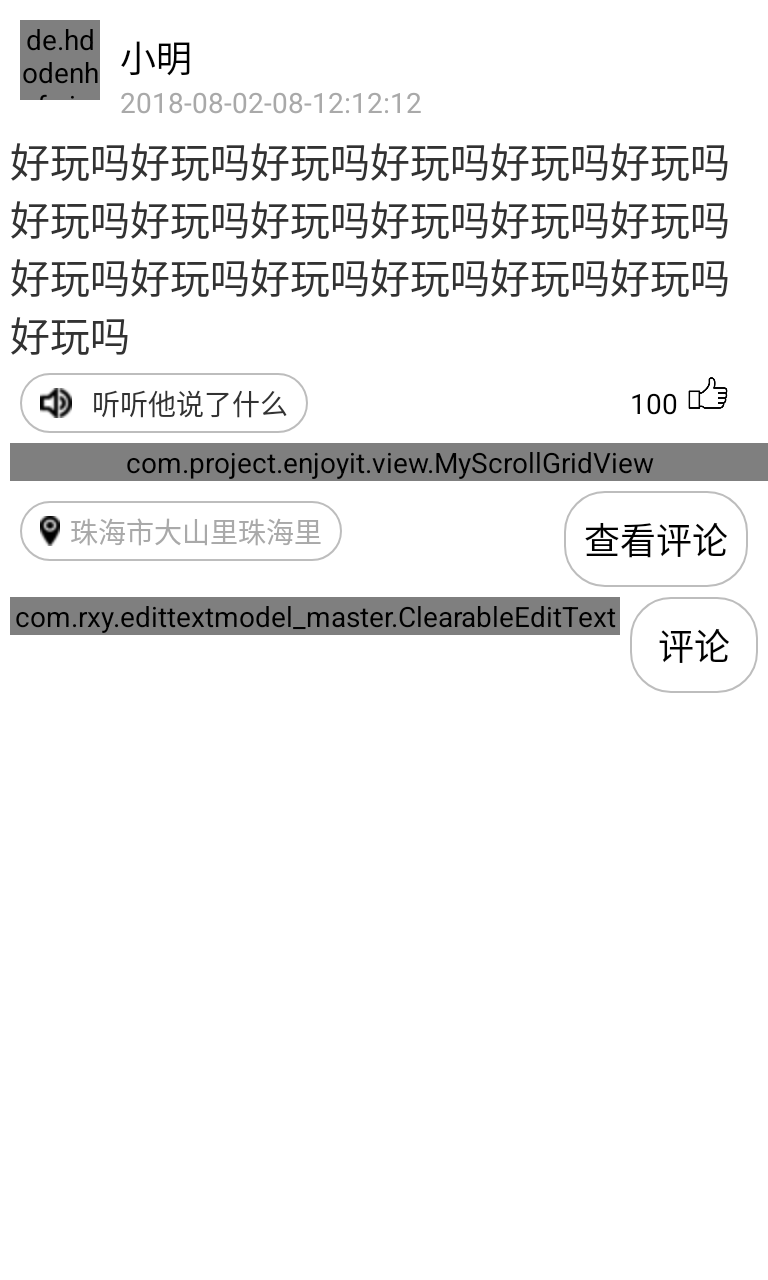
Repository: fatio/Nower
Layout: Android_Client_Source/EnjoyIt/res/layout/shows_list_item.xml
These files come from the project's save history. The layout is drawn as it stood at one moment and after the next save; the edit follows.
Pictures or frames that could not be fetched are drawn as grey boxes. It is drawn on a 768 x 1280 px phone screen (xhdpi) without system bars, with theme AppTheme; the app's code is not run.

Above is the layout before, as saved 2015-12-27 09:04:33.

After the next save:
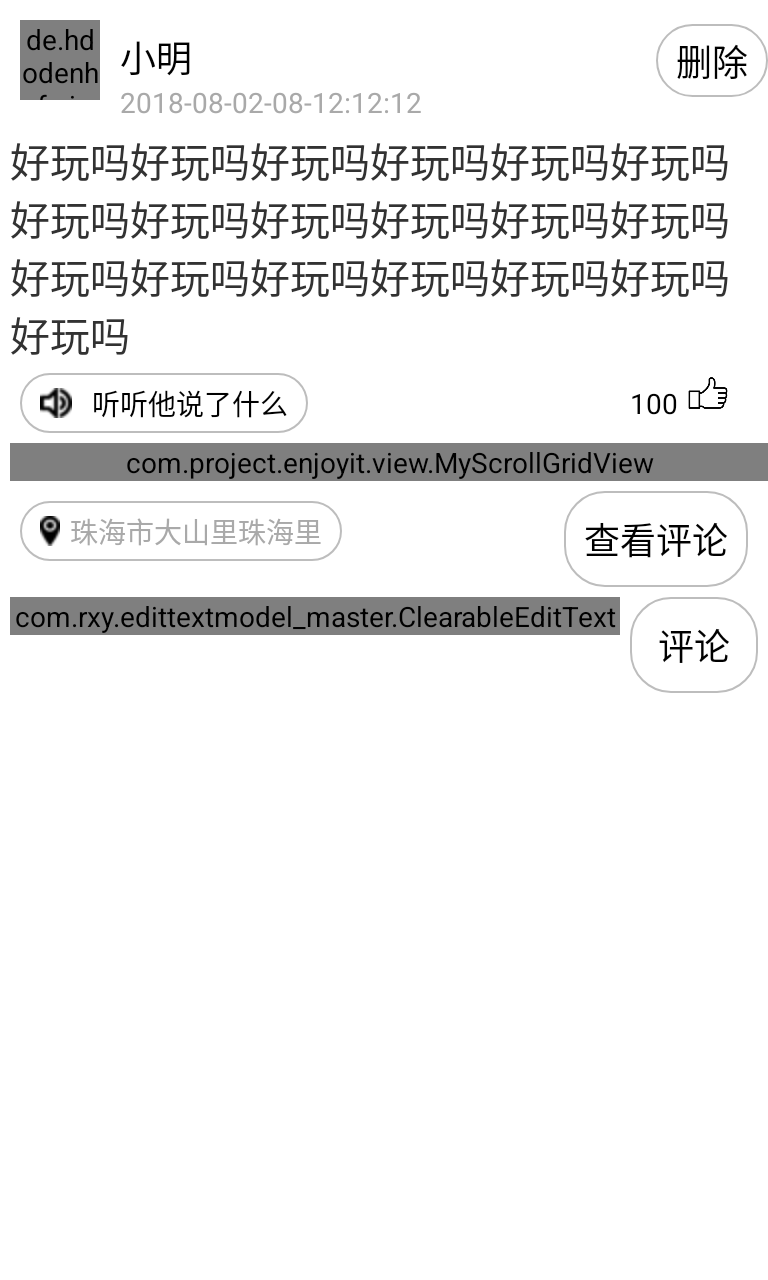
Saved 13 min 46 s later.
--- a/Android_Client_Source/EnjoyIt/res/layout/shows_list_item.xml
+++ b/Android_Client_Source/EnjoyIt/res/layout/shows_list_item.xml
@@ -26,6 +26,7 @@
             android:layout_height="wrap_content"
             android:layout_marginLeft="10dp"
             android:layout_marginTop="15dp"
+            android:layout_weight="1"
             android:orientation="vertical" >
 
             <TextView
@@ -43,6 +44,20 @@
                 android:text="2018-08-02-08-12:12:12"
                 android:textColor="#a9a9a9" />
         </LinearLayout>
+
+        <TextView
+            android:id="@+id/tv_delete"
+            android:layout_width="wrap_content"
+            android:layout_height="wrap_content"
+            android:layout_gravity="center_vertical"
+            android:background="@drawable/imageview_btn_item_selector"
+            android:paddingBottom="5dp"
+            android:paddingLeft="10dp"
+            android:paddingRight="10dp"
+            android:paddingTop="5dp"
+            android:text="删除"
+            android:textColor="@drawable/white_show"
+            android:textSize="18sp" />
     </LinearLayout>
 
     <LinearLayout
@@ -76,18 +91,19 @@
             android:layout_alignParentLeft="true"
             android:layout_marginLeft="10dp"
             android:background="@drawable/imageview_btn_item_selector"
+            android:clickable="true"
             android:drawableLeft="@drawable/ic_sound_pause"
             android:drawablePadding="10dp"
-             android:paddingLeft="10dp"
+            android:ellipsize="marquee"
+            android:focusable="true"
+            android:paddingBottom="5dp"
+            android:paddingLeft="10dp"
             android:paddingRight="10dp"
             android:paddingTop="5dp"
-            android:paddingBottom="5dp"
-            android:clickable="true"
-            android:focusable="true"
-            android:textIsSelectable="true"
-            android:ellipsize="marquee"
             android:singleLine="true"
-            android:text="听听他说了什么" />
+            android:text="听听他说了什么"
+            android:textColor="@drawable/white_show"
+            android:textIsSelectable="true" />
 
         <ImageView
             android:id="@+id/iv_like"
@@ -134,17 +150,18 @@
             android:layout_marginLeft="10dp"
             android:layout_marginTop="5dp"
             android:background="@drawable/imageview_btn_item_selector"
+            android:clickable="true"
             android:drawableLeft="@drawable/ic_address"
             android:drawablePadding="5dp"
             android:ellipsize="marquee"
+            android:focusable="true"
+            android:paddingBottom="5dp"
+            android:paddingLeft="10dp"
+            android:paddingRight="10dp"
+            android:paddingTop="5dp"
             android:singleLine="true"
-            android:paddingTop="5dp"
-            android:paddingBottom="5dp"
             android:text="珠海市大山里珠海里"
-             android:paddingLeft="10dp"
-            android:paddingRight="10dp"
-            android:clickable="true"
-            android:focusable="true"
+            android:textColor="@drawable/white_show"
             android:textColor="#a9a9a9"
             android:textIsSelectable="true" />
 
@@ -155,9 +172,9 @@
             android:layout_alignParentRight="true"
             android:layout_marginRight="10dp"
             android:background="@drawable/imageview_btn_item_selector"
+            android:paddingLeft="10dp"
+            android:paddingRight="10dp"
             android:text="查看评论"
-             android:paddingLeft="10dp"
-            android:paddingRight="10dp"
             android:textColor="@drawable/white_show" />
     </RelativeLayout>
 
@@ -181,7 +198,7 @@
             android:layout_gravity="right"
             android:layout_marginRight="10dp"
             android:background="@drawable/imageview_btn_item_selector"
-             android:paddingLeft="10dp"
+            android:paddingLeft="10dp"
             android:paddingRight="10dp"
             android:text="隐藏评论"
             android:textColor="@drawable/white_show" />
@@ -207,9 +224,9 @@
             android:layout_width="wrap_content"
             android:layout_height="wrap_content"
             android:layout_marginLeft="5dp"
-            android:paddingLeft="10dp"
-            android:paddingRight="10dp"
-            android:background="@drawable/imageview_btn_item_selector"
+            android:background="@drawable/imageview_btn_item_selector"
+            android:paddingLeft="10dp"
+            android:paddingRight="10dp"
             android:text="评论"
             android:textColor="@drawable/white_show" />
     </LinearLayout>
